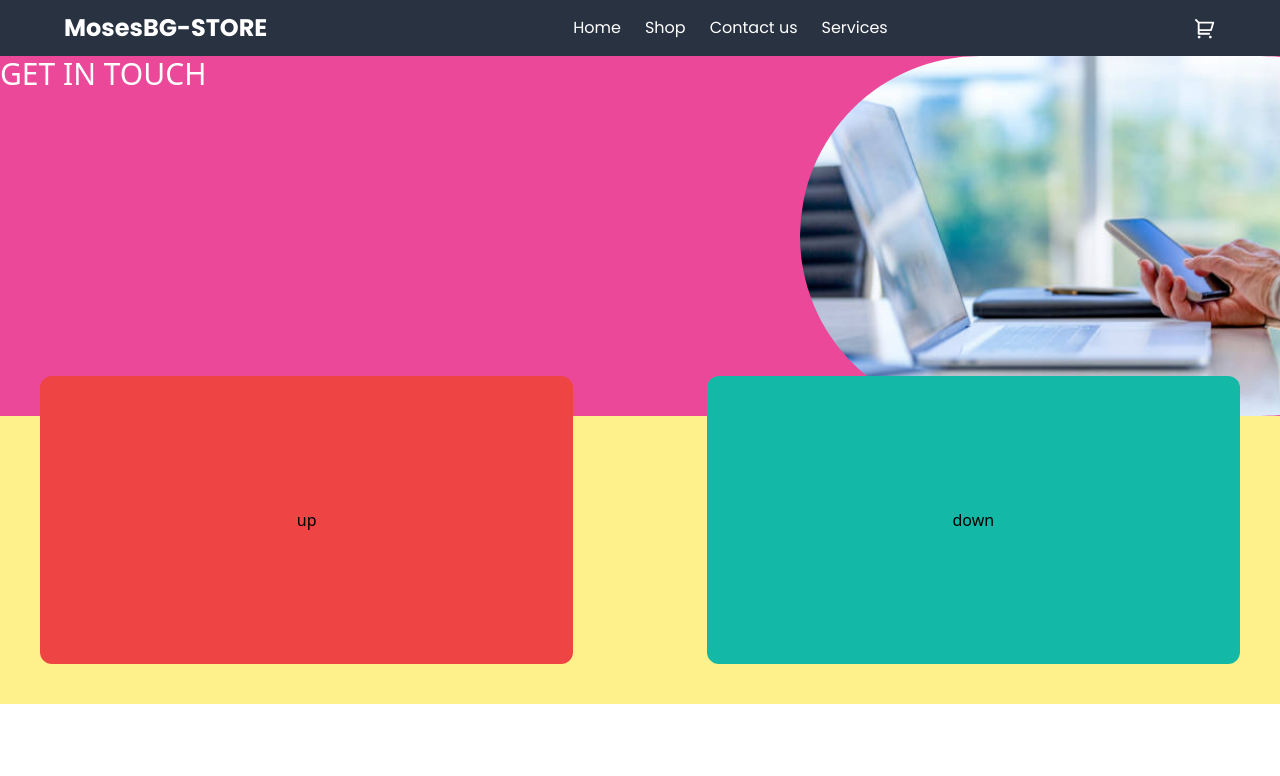
Repository: moshebengan/cart
Page: /fake-store/contact-us
An editor plug-in stored every save of this project. The page is shown before and after the next save, followed by the edit.
The browser window is 1280 px wide. The pictures show the whole page.
The project was rebuilt for these pictures with package versions that can differ from the ones it lists, and the page was loaded fresh each time. Also part of the build but not shown: vite.config.js, src/components/Error.jsx, src/utils/data.js, src/utils/apiCalls.js, src/components/Loading.jsx, src/components/Products.jsx, src/components/Footer.jsx, src/pages/HomePage.jsx and 5 more.

Above is the page before, as saved 2024-09-16 08:48:59.

After the next save:
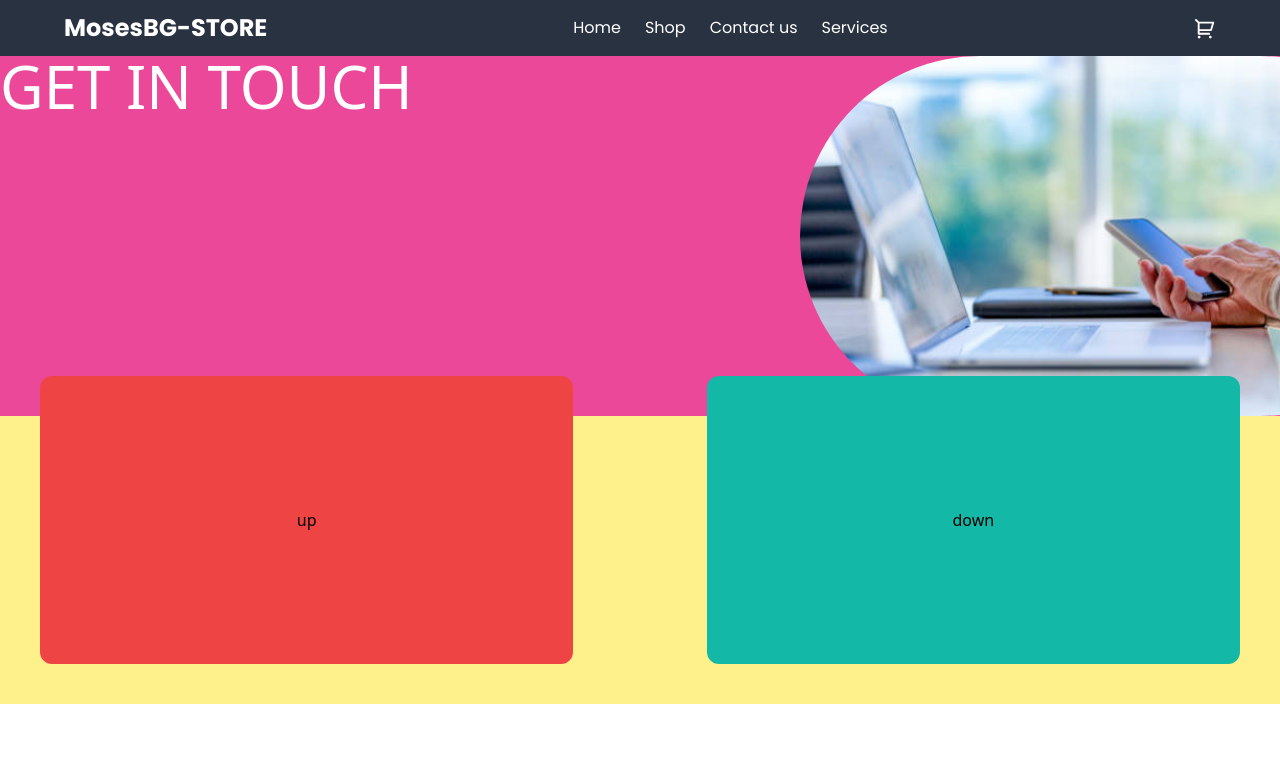
Saved 7 s later.
--- a/src/pages/ContactUs.jsx
+++ b/src/pages/ContactUs.jsx
@@ -5,7 +5,7 @@ const ContactUs = () => {
     <div className="w-full h-screen flex flex-col overflow-x-hidden">
     <div className="bg-dark-blue w-full h-[50%] relative">
         <div className="h-full bg-pink-500 flex flex-col">
-            <h3 className="text-white text-3xl">GET IN TOUCH</h3>
+            <h3 className="text-white text-6xl">GET IN TOUCH</h3>
         </div>
       <img src="/public/contactus2.jpg" alt="" className="w-[50%] h-full absolute -right-40 top-0 rounded-full object-cover"  />
       </div>
